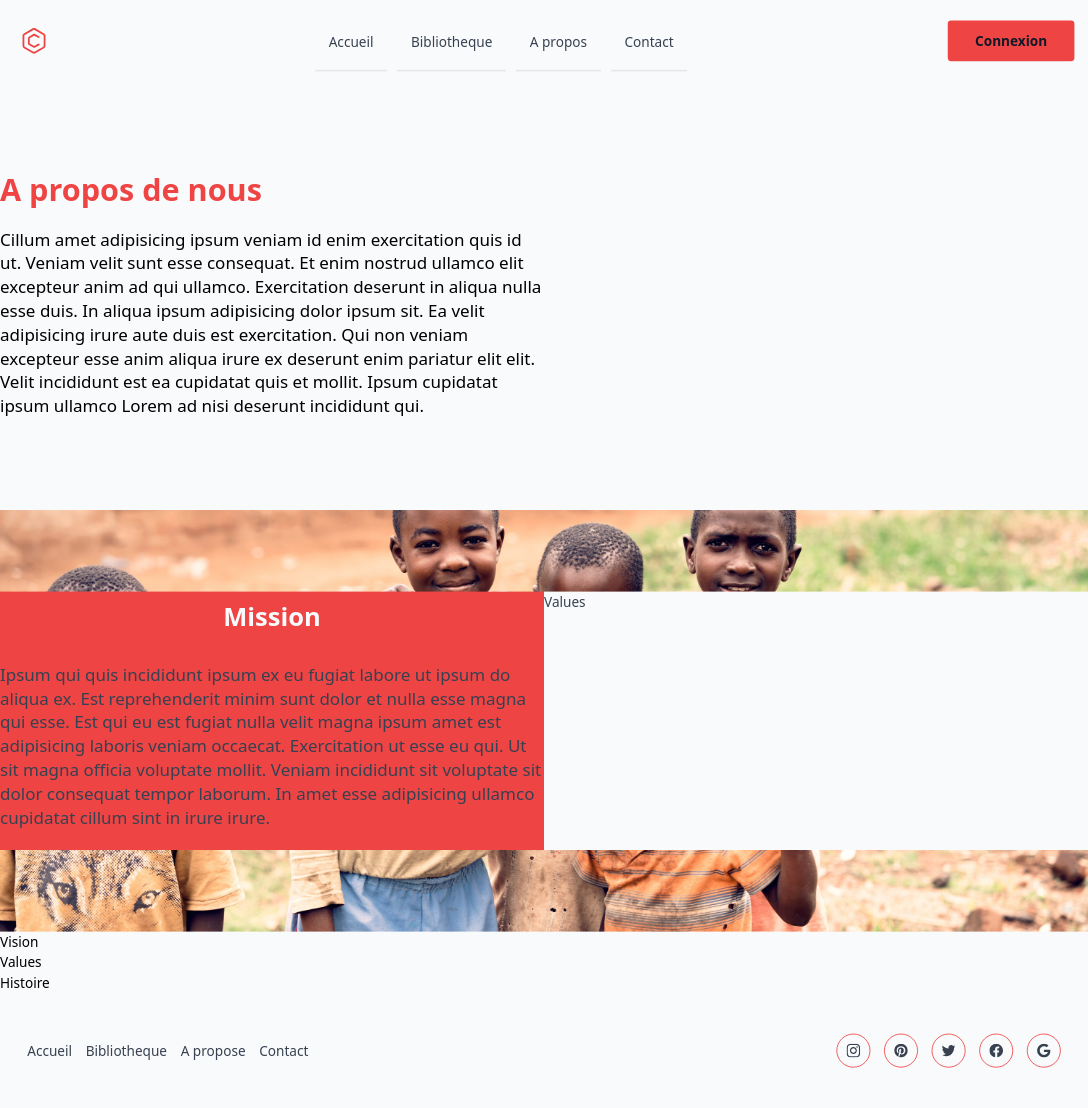
Repository: erulabs243/museum
Page: /about
An editor plug-in stored every save of this project. The page is shown before and after the next save, followed by the edit.
The browser window is 1280 px wide. The pictures show the whole page, at 85% of full size.
The project was rebuilt for these pictures with package versions that can differ from the ones it lists, and the page was loaded fresh each time. Also part of the build but not shown: vite.config.js, src/pages/admin/Home.jsx, src/pages/commons/NotFound.jsx, src/components/atoms/TagBadge.jsx, src/components/atoms/MyAudioPlayer.jsx, src/components/atoms/MyVideoPlayer.jsx, src/components/atoms/MediaCard.jsx, src/components/sections/Testimonial.jsx and 16 more.

Above is the page before, as saved 2022-08-10 14:09:38.

After the next save:
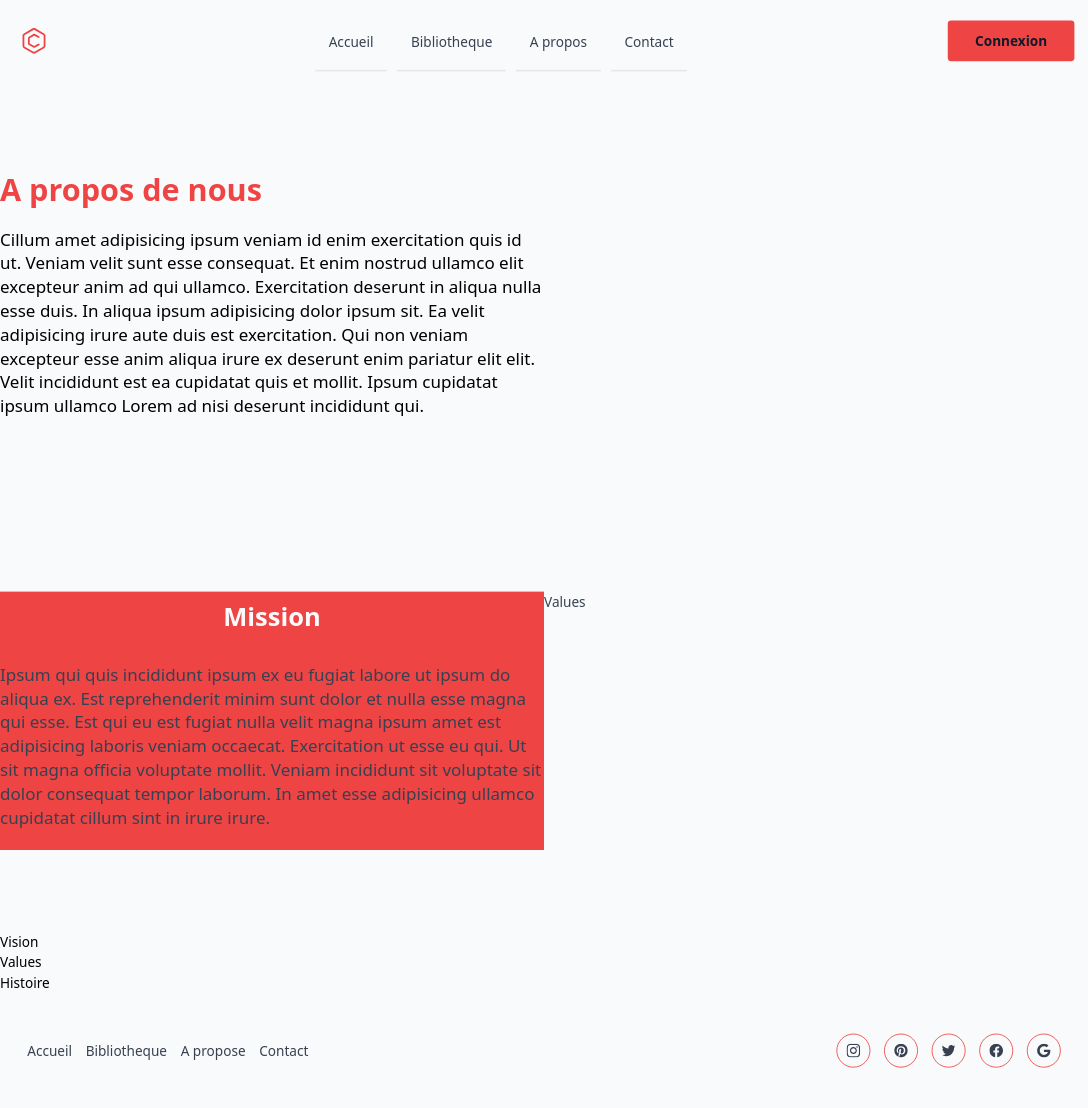
Saved 5 s later.
--- a/src/pages/user/About.jsx
+++ b/src/pages/user/About.jsx
@@ -27,7 +27,7 @@ const About = () => {
             </section>
 
             {/* MISSION */}
-            <section className="py-24 bg-children bg-center bg-cover">
+            <section className="py-24 ">
                 <div className="grid grid-cols-2">
                     <div className="bg-red-500 text-gray-50 p-24">
                         <h1 className="text-3xl text-center py-3 font-semibold">Mission</h1>
